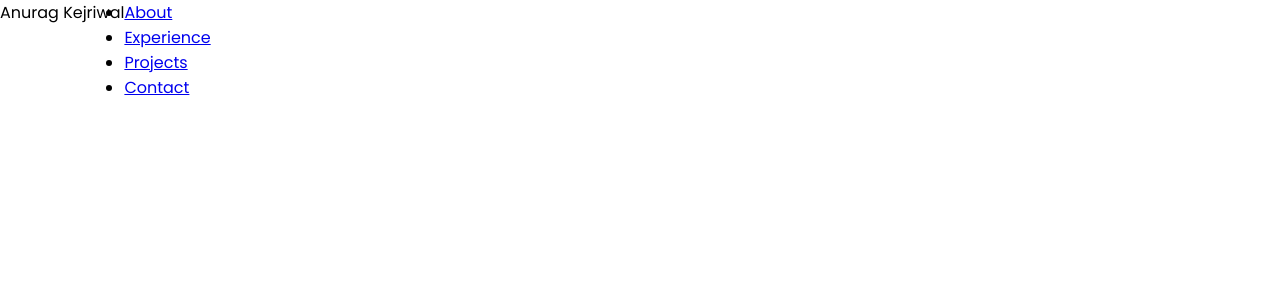
Repository: anuragkej/OldPortfolio
Page: index.html
The author's editor kept a copy of each file at every save. The page is drawn from the files as they stood at one save, then again after the next save.
The browser window is 1280 px wide. The pictures show the whole page.

Above is the page before, as saved 2024-05-25 20:16:59.

### index.html
<!DOCTYPE html>
<html lang="en">
<head>
    <meta charset="UTF-8">
    <meta name="viewport" content="width=device-width, initial-scale=1.0">
    <title>Personal Portfolio</title>
    <link rel="stylesheet" href="style.css">
    <link rel="stylesheet" href="mediaqueries.css">
</head>
<body>
    <nav id="desktop-nav">
        <div class="logo">Anurag Kejriwal</div>
        <div>
            <ul class="nav-links">
                <li><a href="#about">About</a></li>
                <li><a href="#experience">Experience</a></li>
                <li><a href="#projects">Projects</a></li>
                <li><a href="#contact">Contact</a></li>
            </ul>
        </div>
    </nav>
    <script src="script.js"></script>

</body>
</html>

### style.css
/* General */

@import url('https://fonts.googleapis.com/css2?family=Poppins:wght@300;400;500;600&display=swap');
*{
    margin: 0;
    padding: 0;
}

body{
    font-family: "Poppins", sans-serif;
}

html{
    scroll-behavior: smooth;
}

p{
    color: rgb(85, 85, 85);
}

/* Transition */
/* all the links, with button*/

a,
.btn{
    transition: all 300ms ease;
}

/*Desktop navigation */

nav, nav-links {
    display: flex;
}
/* General */

@import url('https://fonts.googleapis.com/css2?family=Poppins:wght@300;400;500;600&display=swap');
*{
    margin: 0;
    padding: 0;
}

body{
    font-family: "Poppins", sans-serif;
}

html{
    scroll-behavior: smooth;
}

p{
    color: rgb(85, 85, 85);
}
/* General */

@import url('https://fonts.googleapis.com/css2?family=Poppins:wght@300;400;500;600&display=swap');
*{
    margin: 0;
    padding: 0;
}

body{
    font-family: "Poppins", sans-serif;
}

Loaded but not shown: mediaqueries.css (no copy from this time; the picture is the same without it); script.js (no copy from this time; the picture is the same without it)

After the next save:
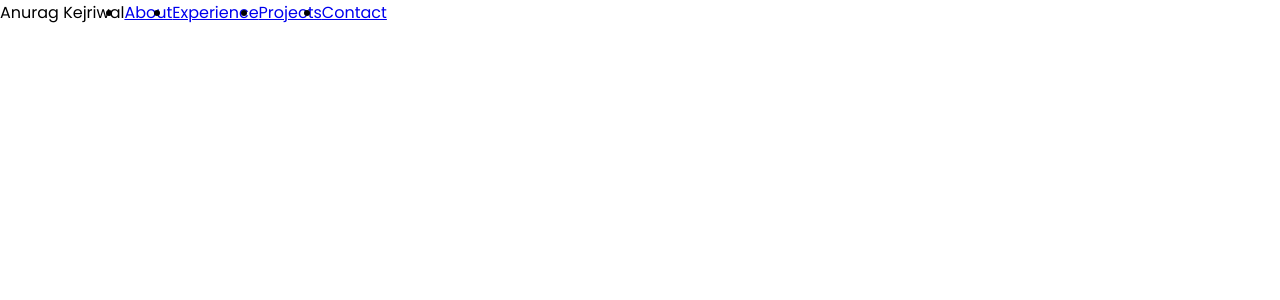
Saved 25 s later.
--- a/style.css
+++ b/style.css
@@ -28,36 +28,6 @@
 
 /*Desktop navigation */
 
-nav, nav-links {
+nav, .nav-links {
     display: flex;
 }
-/* General */
-
-@import url('https://fonts.googleapis.com/css2?family=Poppins:wght@300;400;500;600&display=swap');
-*{
-    margin: 0;
-    padding: 0;
-}
-
-body{
-    font-family: "Poppins", sans-serif;
-}
-
-html{
-    scroll-behavior: smooth;
-}
-
-p{
-    color: rgb(85, 85, 85);
-}
-/* General */
-
-@import url('https://fonts.googleapis.com/css2?family=Poppins:wght@300;400;500;600&display=swap');
-*{
-    margin: 0;
-    padding: 0;
-}
-
-body{
-    font-family: "Poppins", sans-serif;
-}
